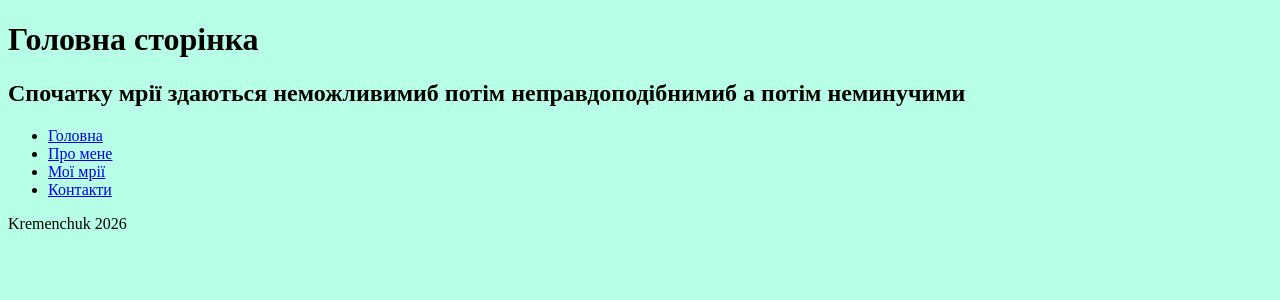
Repository: alexandrastarovoyda-star/homework_info
Page: html/pr1.html
An editor plug-in stored every save of this project. The page is shown before and after the next save, followed by the edit.
The browser window is 1280 px wide. The pictures show the whole page.

Above is the page before, as saved 2026-01-13 19:54:30.

### html/pr1.html
<!DOCTYPE html>
<html lang="ua">
    <head>
        <title>Мій сайт HTML</title>
        <meta charset="utf-8">
        <link rel="stylesheet" href="../css/pr1.css">
    </head>
    <body>
        <header>
            <h1 class="cn">Головна сторінка</h1>
            <h2 class="cn">Спочатку мрії здаються неможливимиб потім неправдоподібнимиб а потім неминучими</h2>
        </header>
        <nav>
            <ul>
            <li><a href="pr1.html">Головна</a></li>
            <li><a href="aboutMe.html">Про мене</a></li>
            <li><a href="myDream.html">Мої мрії</a></li>
            <li><a href="contacts.html">Контакти</a></li>
            </ul>
        </nav>
        <main>
            <p></p>
            <p class="rg"></p>
            <p class="cn"></p>
            <p class="lf"></p>
            <p class="jf"></p>
        </main>
        <footer>
            <p>Kremenchuk 2026</p>
        </footer>
    </body>
</html>

### css/pr1.css
body{
    background-color: rgba(127, 255, 212, 0.548);
}

After the next save:
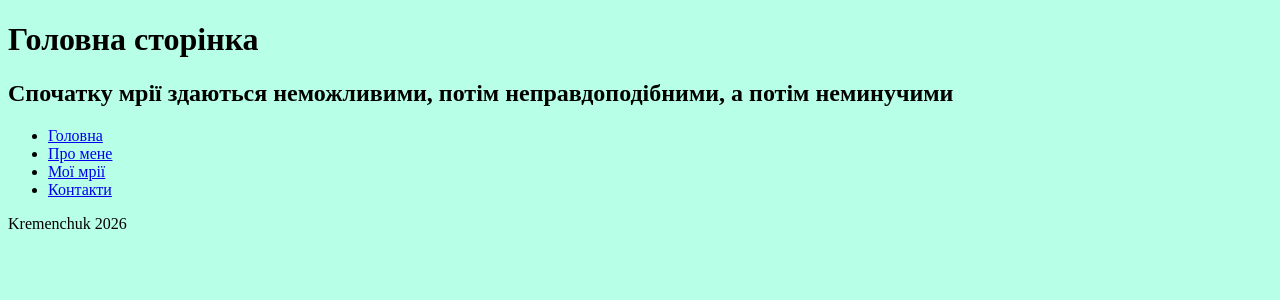
Saved 1 s later.
--- a/html/pr1.html
+++ b/html/pr1.html
@@ -8,7 +8,7 @@
     <body>
         <header>
             <h1 class="cn">Головна сторінка</h1>
-            <h2 class="cn">Спочатку мрії здаються неможливимиб потім неправдоподібнимиб а потім неминучими</h2>
+            <h2 class="cn">Спочатку мрії здаються неможливими, потім неправдоподібними, а потім неминучими</h2>
         </header>
         <nav>
             <ul>
